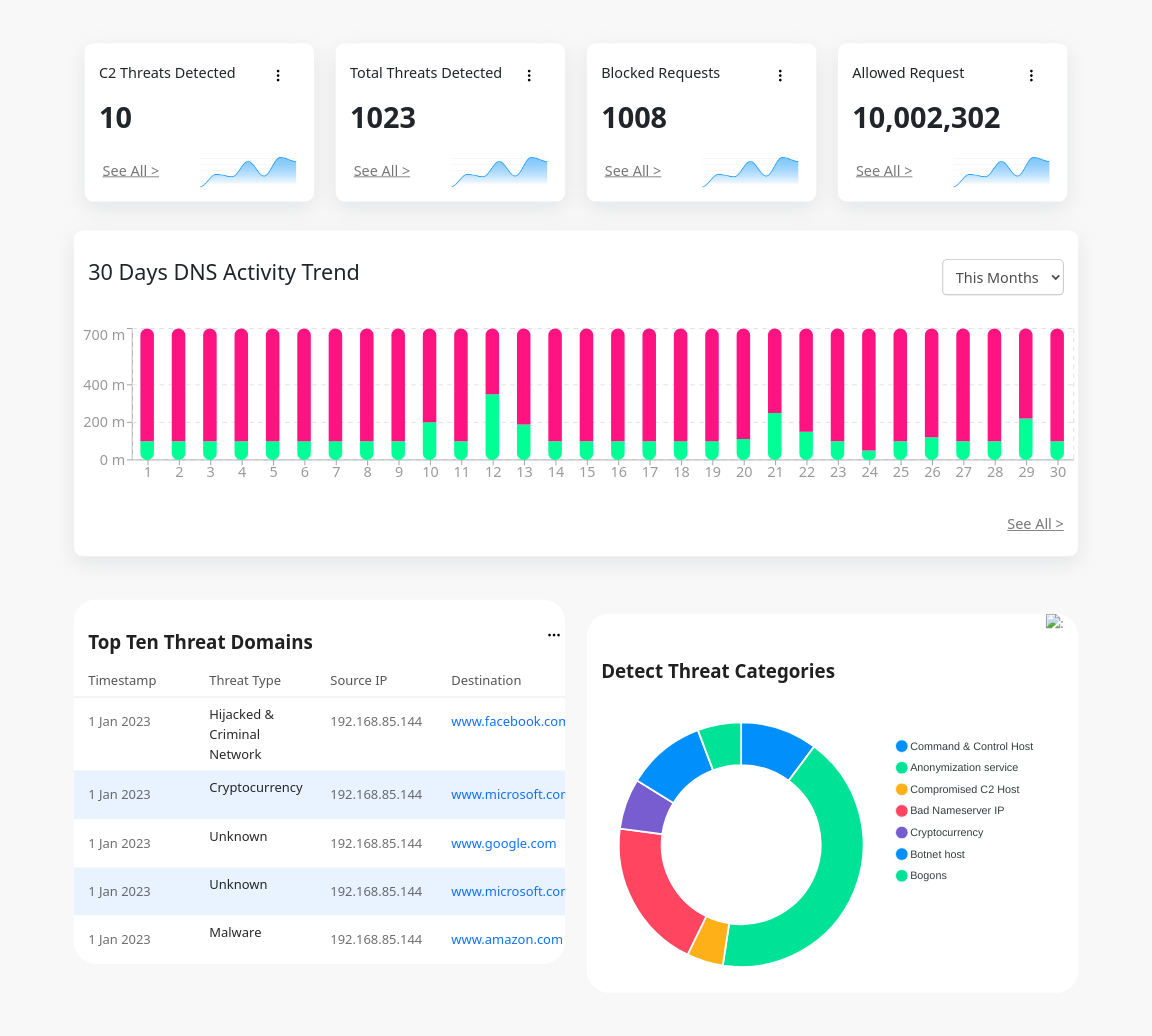
Repository: badhon252/dashboard
Page: /
These files come from the project's save history. The page is drawn as it stood at one moment and after the next save; the edit follows.
The browser window is 1280 px wide. The pictures show the whole page, at 90% of full size.
The project was rebuilt for these pictures with package versions that can differ from the ones it lists, and the page was loaded fresh each time. Also part of the build but not shown: vite.config.js.

Above is the page before, as saved 2023-01-27 05:10:40.

After the next save:
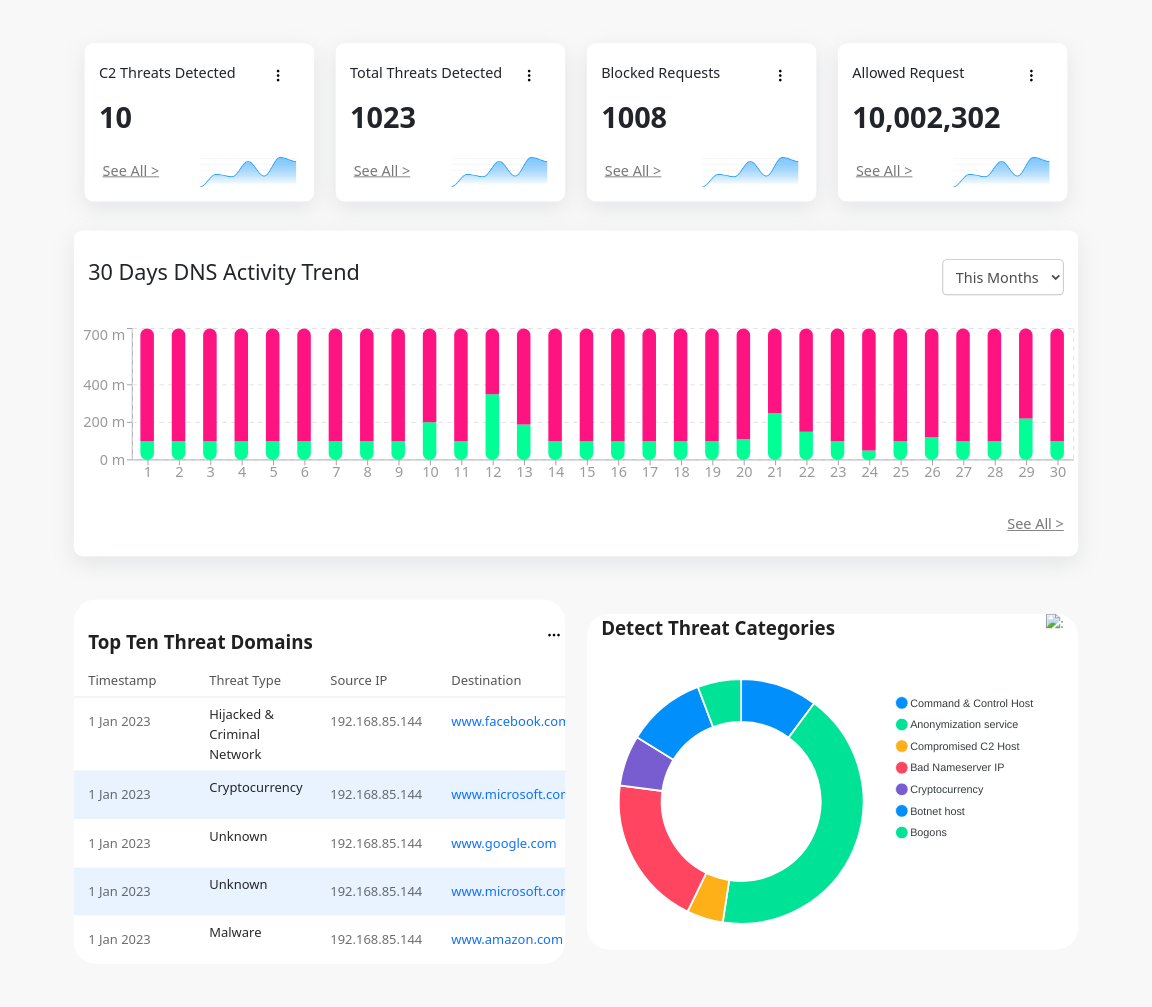
Saved 56 s later.
--- a/src/Components/Analysis/Graph/GraphAnalysis.jsx
+++ b/src/Components/Analysis/Graph/GraphAnalysis.jsx
@@ -14,7 +14,7 @@ const AnalysisGraph = ({ icon }) => {
   return (
     <div className="analysisGraph">
       <div className="analysis-heading d-flex justify-content-between m-3">
-        <div className="title mt-5">Detect Threat Categories</div>
+        <div className="title">Detect Threat Categories</div>
         <img src={icon} alt=":" />
       </div>
       <div className="threatGraph">
